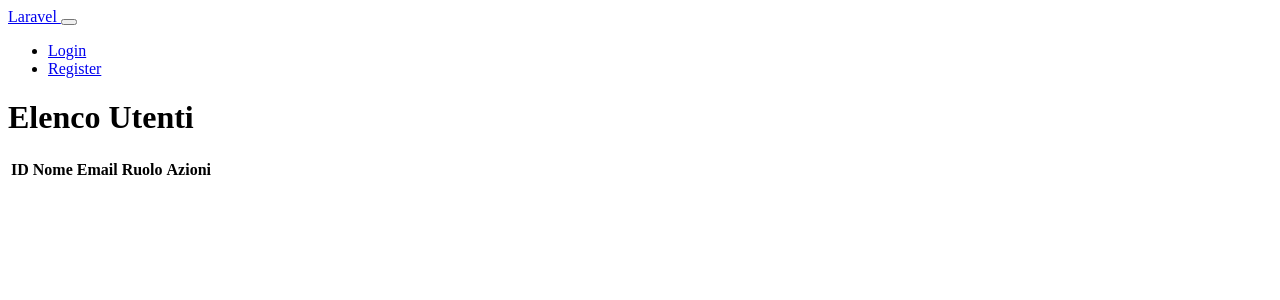
Repository: matteomorreale/wp-laravel
Page: http://localhost/users
The author's editor kept a copy of each file at every save. The page is drawn from the files as they stood at one save, then again after the next save.
The browser window is 1280 px wide. The pictures show the whole page.
The page is served by the project's Laravel application, run on PHP 8.4 with Laravel 12. Other server files are loaded and not shown. Style sheets and scripts are compiled from the project's sources, by tool versions that may differ from the author's. Queries for data that is not in the repository find no rows.

Above is the page before, as saved 2024-10-19 17:16:29.

### routes/web.php
<?php

use Illuminate\Support\Facades\Route;

Route::get('/', function () {
    return view('welcome');
});

Auth::routes();

Route::get('/home', [App\Http\Controllers\HomeController::class, 'index'])->name('home');

// Gestione utenti
use App\Http\Controllers\UserController;
Route::get('/users', [UserController::class, 'index'])->name('users.index')->middleware('role:admin');
Route::get('/users/{user}/edit', [UserController::class, 'edit'])->name('users.edit')->middleware('role:admin');
Route::post('/users/{user}', [UserController::class, 'update'])->name('users.update')->middleware('role:admin');
Route::get('/users', [App\Http\Controllers\UserController::class, 'index'])
    ->name('users.index')
    ->middleware('role:admin');

### app/Http/Controllers/UserController.php
<?php
namespace App\Http\Controllers;

use App\Models\User;
use Illuminate\Http\Request;

class UserController extends Controller
{
    public function index()
    {
        // Ottieni tutti gli utenti dal database
        $users = User::all();

        // Mostra la vista con l'elenco degli utenti
        return view('users.index', compact('users'));
    }

    public function edit(User $user)
    {
        // Passa l'utente selezionato alla vista di modifica
        return view('users.edit', compact('user'));
    }

    public function update(Request $request, User $user)
    {
        // Valida l'input
        $request->validate([
            'name' => 'required',
            'email' => 'required|email',
            'role' => 'required'
        ]);

        // Aggiorna i dettagli dell'utente
        $user->name = $request->name;
        $user->email = $request->email;
        $user->save();

        // Assegna il ruolo selezionato
        $user->syncRoles($request->role);

        // Reindirizza alla lista utenti
        return redirect()->route('users.index')->with('success', 'Utente aggiornato con successo!');
    }
}

### app/Models/User.php
<?php

namespace App\Models;

// use Illuminate\Contracts\Auth\MustVerifyEmail;
use Illuminate\Database\Eloquent\Factories\HasFactory;
use Illuminate\Foundation\Auth\User as Authenticatable;
use Illuminate\Notifications\Notifiable;
use Spatie\Permission\Traits\HasRoles;

class User extends Authenticatable
{
    /** @use HasFactory<\Database\Factories\UserFactory> */
    use HasFactory, Notifiable;
    use HasRoles;  // Aggiungi questa riga
    protected $guard_name = 'web'; // or whatever guard you want to use

    /**
     * The attributes that are mass assignable.
     *
     * @var array<int, string>
     */
    protected $fillable = [
        'name',
        'email',
        'password',
    ];

    /**
     * The attributes that should be hidden for serialization.
     *
     * @var array<int, string>
     */
    protected $hidden = [
        'password',
        'remember_token',
    ];

    /**
     * Get the attributes that should be cast.
     *
     * @return array<string, string>
     */
    protected function casts(): array
    {
        return [
            'email_verified_at' => 'datetime',
            'password' => 'hashed',
        ];
    }
}

### resources/views/users/index.blade.php
@extends('layouts.app')

@section('content')
    <div class="container">
        <h1>Elenco Utenti</h1>

        <table class="table">
            <thead>
                <tr>
                    <th>ID</th>
                    <th>Nome</th>
                    <th>Email</th>
                    <th>Ruolo</th>
                    <th>Azioni</th>
                </tr>
            </thead>
            <tbody>
                @foreach ($users as $user)
                    <tr>
                        <td>{{ $user->id }}</td>
                        <td>{{ $user->name }}</td>
                        <td>{{ $user->email }}</td>
                        <td>{{ implode(', ', $user->getRoleNames()->toArray()) }}</td>
                        <td>
                            <a href="{{ route('users.edit', $user->id) }}" class="btn btn-primary">Modifica</a>
                        </td>
                    </tr>
                @endforeach
            </tbody>
        </table>
    </div>
@endsection

### resources/views/layouts/app.blade.php
<!doctype html>
<html lang="{{ str_replace('_', '-', app()->getLocale()) }}">
<head>
    <meta charset="utf-8">
    <meta name="viewport" content="width=device-width, initial-scale=1">

    <!-- CSRF Token -->
    <meta name="csrf-token" content="{{ csrf_token() }}">

    <title>{{ config('app.name', 'Laravel') }}</title>

    <!-- Fonts -->
    <link rel="dns-prefetch" href="//fonts.bunny.net">
    <link href="https://fonts.bunny.net/css?family=Roboto" rel="stylesheet">

    <!-- Scripts -->
    @vite(['resources/sass/app.scss', 'resources/js/app.js'])
</head>
<body>
    <div id="app">
        <nav class="navbar navbar-expand-md navbar-light bg-white shadow-sm">
            <div class="container">
                <a class="navbar-brand" href="{{ url('/') }}">
                    {{ config('app.name', 'Laravel') }}
                </a>
                <button class="navbar-toggler" type="button" data-bs-toggle="collapse" data-bs-target="#navbarSupportedContent" aria-controls="navbarSupportedContent" aria-expanded="false" aria-label="{{ __('Toggle navigation') }}">
                    <span class="navbar-toggler-icon"></span>
                </button>

                <div class="collapse navbar-collapse" id="navbarSupportedContent">
                    <!-- Left Side Of Navbar -->
                    <ul class="navbar-nav me-auto">

                    </ul>

                    <!-- Right Side Of Navbar -->
                    <ul class="navbar-nav ms-auto">
                        <!-- Authentication Links -->
                        @guest
                            @if (Route::has('login'))
                                <li class="nav-item">
                                    <a class="nav-link" href="{{ route('login') }}">{{ __('Login') }}</a>
                                </li>
                            @endif

                            @if (Route::has('register'))
                                <li class="nav-item">
                                    <a class="nav-link" href="{{ route('register') }}">{{ __('Register') }}</a>
                                </li>
                            @endif
                        @else
                            <li class="nav-item dropdown">
                                <a id="navbarDropdown" class="nav-link dropdown-toggle" href="#" role="button" data-bs-toggle="dropdown" aria-haspopup="true" aria-expanded="false" v-pre>
                                    {{ Auth::user()->name }}
                                </a>

                                <div class="dropdown-menu dropdown-menu-end" aria-labelledby="navbarDropdown">
                                    <a class="dropdown-item" href="{{ route('logout') }}"
                                       onclick="event.preventDefault();
                                                     document.getElementById('logout-form').submit();">
                                        {{ __('Logout') }}
                                    </a>

                                    <form id="logout-form" action="{{ route('logout') }}" method="POST" class="d-none">
                                        @csrf
                                    </form>
                                </div>
                            </li>
                        @endguest
                    </ul>
                </div>
            </div>
        </nav>

        <main class="py-4">
            <div class="container">
                @yield('content')
            </div>
        </main>
    </div>
</body>
</html>

### resources/sass/app.scss
// Fonts
@import url('https://fonts.bunny.net/css?family=Roboto');

// Variables
@import 'variables';

// Bootstrap
//@import 'bootstrap/scss/bootstrap';

### resources/sass/_variables.scss
// Body
$body-bg: #f8fafc;

// Typography
$font-family-sans-serif: 'Roboto', sans-serif;
$font-size-base: 0.9rem;
$line-height-base: 1.6;

Loaded but not shown: app/Http/Controllers/Auth/ConfirmPasswordController.php (common file); app/Http/Controllers/Controller.php (common file)

After the next save:
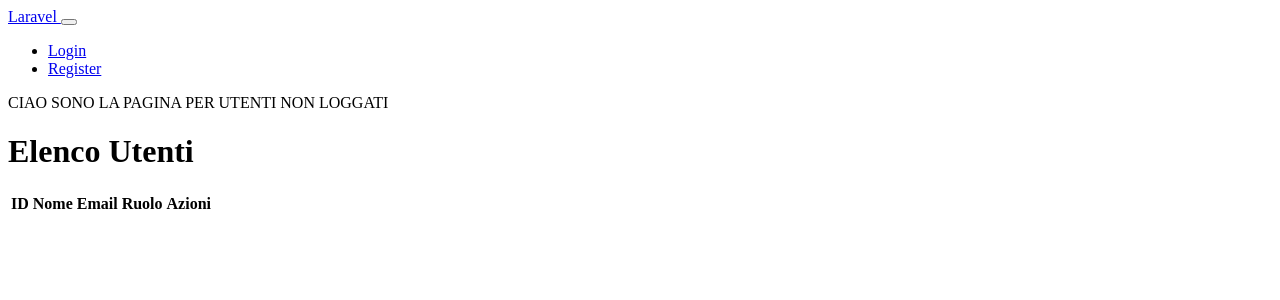
Saved 76 s later.
--- a/resources/views/layouts/app.blade.php
+++ b/resources/views/layouts/app.blade.php
@@ -74,6 +74,7 @@
 
         <main class="py-4">
             <div class="container">
+                CIAO SONO LA PAGINA PER UTENTI NON LOGGATI
                 @yield('content')
             </div>
         </main>

After the save that followed:
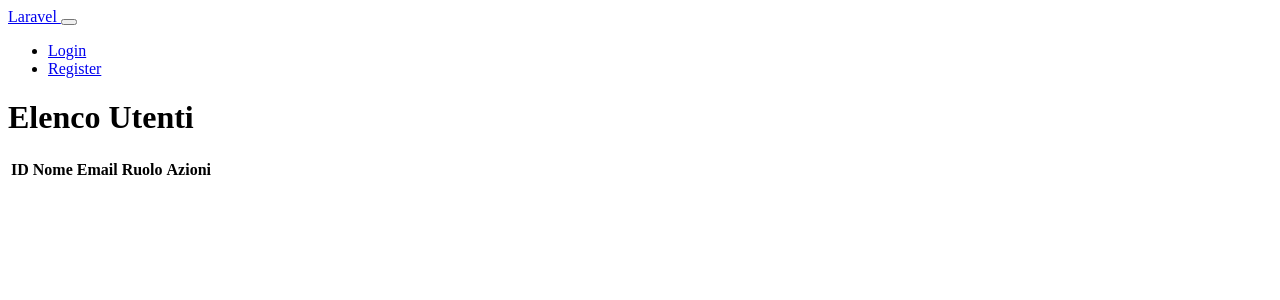
Saved 45 s later.
--- a/resources/views/layouts/app.blade.php
+++ b/resources/views/layouts/app.blade.php
@@ -74,7 +74,6 @@
 
         <main class="py-4">
             <div class="container">
-                CIAO SONO LA PAGINA PER UTENTI NON LOGGATI
                 @yield('content')
             </div>
         </main>
